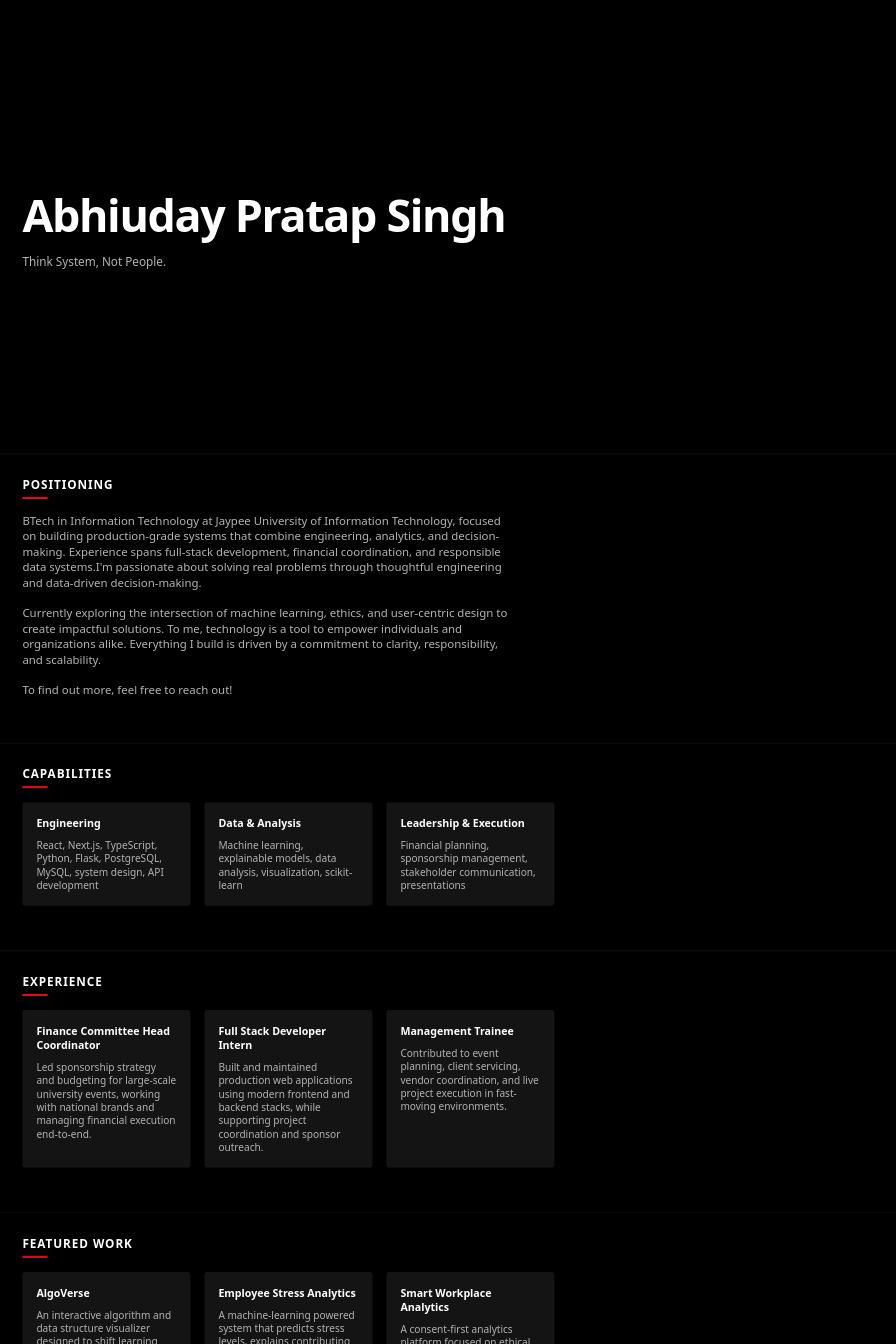
Repository: PratapOP/main-portfolio
Page: / (app in frontend/)
The author's editor kept a copy of each file at every save. The page is drawn from the files as they stood at one save, then again after a run of saves.
The browser window is 1280 px wide. The pictures show the part of the page from y = 0 to 1920 px (the page is 2932 px tall), at 70% of full size.
The project was rebuilt for these pictures with package versions that can differ from the ones it lists, and the page was loaded fresh each time. Also part of the build but not shown: frontend/vite.config.js.

Above is the page before, as saved 2026-01-01 18:54:31.

### frontend/index.html
<!DOCTYPE html>
<html lang="en">
  <head>
    <meta charset="UTF-8" />

    <!-- Viewport for responsive layout -->
    <meta name="viewport" content="width=device-width, initial-scale=1.0" />

    <!--
      Title intentionally minimal and authoritative.
      This is the first identity signal recruiters see.
    -->
    <title>Abhiuday Pratap Singh</title>

    <!--
      Force dark background before React loads
      Prevents white flash and preserves cinematic feel
    -->
    <style>
      html,
      body {
        margin: 0;
        padding: 0;
        background-color: #0b0b0b;
      }
    </style>
  </head>

  <body>
    <!-- React mounts here -->
    <div id="root"></div>

    <!-- React entry point -->
    <script type="module" src="/src/main.jsx"></script>
  </body>
</html>

### frontend/src/App.jsx
import React, { useEffect } from "react";
import "./styles.css";
import {
  HeroSection,
  AboutSection,
  SkillsSection,
  ExperienceSection,
  ProjectsSection,
  TrendingSection,
  WhyHireMeSection,
  ContactSection
} from "./sections";

function App() {
  useEffect(() => {
    document.documentElement.style.scrollBehavior = "smooth";
  }, []);

  return (
    <div className="app-root">
      <HeroSection />
      <AboutSection />
      <SkillsSection />
      <ExperienceSection />
      <ProjectsSection />
      <TrendingSection />
      <WhyHireMeSection />
      <ContactSection />
    </div>
  );
}

export default App;

### frontend/src/styles.css
    /* ============================================================
    GLOBAL RESET & STREAMING COLOR SYSTEM
    ============================================================ */

    * {
    margin: 0;
    padding: 0;
    box-sizing: border-box;
    }

    :root {
    /* Core streaming palette */
    --bg-primary: #000000;
    --bg-card: #141414;

    --text-primary: #ffffff;
    --text-muted: #b3b3b3;

    --accent: #e50914;

    /* Controlled spacing scale (reduced) */
    --xs: 6px;
    --sm: 12px;
    --md: 20px;
    --lg: 32px;
    --xl: 48px;
    --xxl: 80px;
    }

    html,
    body {
    background-color: var(--bg-primary);
    color: var(--text-primary);
    font-family: system-ui, -apple-system, BlinkMacSystemFont,
        "Segoe UI", Roboto, Helvetica, Arial, sans-serif;

    overflow-x: hidden; /* absolutely no horizontal scroll */
    }

    /* ============================================================
    APP ROOT
    ============================================================ */

    .app-root {
    width: 100%;
    overflow-x: hidden;
    }

    /* ============================================================
    HERO (FEATURED BANNER)
    ============================================================ */

    .hero {
    min-height: 90vh;
    display: flex;
    align-items: center;
    }

    .hero-inner {
    padding-left: var(--lg);
    padding-right: var(--lg);
    max-width: 820px;
    }

    .hero-title {
    font-size: clamp(3rem, 5vw, 4.6rem);
    font-weight: 800;
    letter-spacing: -0.03em;
    margin-bottom: var(--sm);
    }

    .hero-subtitle {
    font-size: 1.05rem;
    color: var(--text-muted);
    max-width: 560px;
    }

    /* ============================================================
    SECTION STRUCTURE (FIXED SPACING)
    ============================================================ */

    .section {
    padding: var(--lg) 0;
    }

    .section-inner {
    padding-left: var(--lg);
    padding-right: var(--lg);
    }

    /* Mobile safety — prevent edge sticking */
    @media (max-width: 768px) {
    .section-inner,
    .hero-inner {
        padding-left: var(--md);
        padding-right: var(--md);
    }
    }

    /* ============================================================
    SECTION TITLES (STREAMING STYLE)
    ============================================================ */

    .section-title {
    font-size: 1.05rem;
    font-weight: 600;
    letter-spacing: 0.08em;
    text-transform: uppercase;

    color: var(--text-primary);
    margin-bottom: var(--md);
    position: relative;
    }

    .section-title::after {
    content: "";
    display: block;
    width: 36px;
    height: 3px;
    background-color: var(--accent);
    margin-top: var(--xs);
    }

    /* ============================================================
    TEXT BLOCKS
    ============================================================ */

    .section-text {
    max-width: 700px;
    font-size: 1.02rem;
    color: var(--text-muted);
    margin-bottom: var(--lg);
    }

    /* ============================================================
    STREAMING ROWS (HORIZONTAL)
    ============================================================ */

    .row {
    display: flex;
    gap: var(--md);
    overflow-x: auto;

    padding-left: var(--lg);
    padding-right: var(--lg);
    padding-bottom: var(--lg);

    scroll-snap-type: x mandatory;
    overscroll-behavior-x: contain;
    }

    .row::-webkit-scrollbar {
    display: none;
    }

    /* ============================================================
    CARDS (CONTENT TILES)
    ============================================================ */

    .card {
    background-color: var(--bg-card);
    min-width: 240px;
    max-width: 240px;

    padding: var(--md);
    border-radius: 4px;

    scroll-snap-align: start;

    transition:
        transform 0.25s ease,
        box-shadow 0.25s ease;
    }

    .card h3 {
    font-size: 0.95rem;
    font-weight: 600;
    margin-bottom: var(--sm);
    }

    .card p {
    font-size: 0.9rem;
    color: var(--text-muted);
    }

    /* Hover — sharp, not floaty */
    .card:hover {
    transform: scale(1.06);
    box-shadow: 0 16px 32px rgba(0, 0, 0, 0.7);
    z-index: 2;
    }

    /* ============================================================
    CONTACT SECTION
    ============================================================ */

    .contact {
    padding-top: var(--xl);
    padding-bottom: var(--xxl);
    }

    .contact-form {
    max-width: 520px;
    display: flex;
    flex-direction: column;
    gap: var(--md);
    }

    .contact-form input,
    .contact-form textarea {
    background-color: #000000;
    border: 1px solid #333333;
    color: var(--text-primary);

    padding: var(--sm);
    font-size: 0.95rem;
    }

    .contact-form input:focus,
    .contact-form textarea:focus {
    outline: none;
    border-color: var(--accent);
    }

    .contact-form button {
    margin-top: var(--sm);
    background-color: var(--accent);
    color: #ffffff;

    border: none;
    padding: var(--sm);
    font-size: 0.95rem;
    cursor: pointer;

    transition: opacity 0.2s ease;
    }

    .contact-form button:hover {
    opacity: 0.85;
    }

    /* ============================================================
    FINAL SECTION SEPARATION (SUBTLE)
    ============================================================ */

    .section:not(:first-of-type) {
    border-top: 1px solid rgba(255, 255, 255, 0.08);
    }

### frontend/src/sections.jsx
    /**
     * ============================================================
     * sections.jsx — Sections with Titles & Hierarchy
     * ============================================================
     */

    import React from "react";
    import { motion } from "framer-motion";
    import {
    sectionFade,
    staggerContainer,
    cardFade
    } from "./motion";

    /* ============================================================
    FEATURED
    ============================================================ */

    export function HeroSection() {
    return (
        <motion.section
        className="section hero"
        variants={sectionFade}
        initial="hidden"
        animate="visible"
        >
        <div className="hero-inner">
            <h1 className="hero-title">Abhiuday Pratap Singh</h1>
            <p className="hero-subtitle">
            Think System, Not People.
            <br />
            </p>
        </div>
        </motion.section>
    );
    }

    /* ============================================================
    POSITIONING
    ============================================================ */

    export function AboutSection() {
    return (
        <motion.section
        className="section"
        variants={sectionFade}
        initial="hidden"
        whileInView="visible"
        viewport={{ once: true }}
        >
        <div className="section-inner">
            <h2 className="section-title">Positioning</h2>
            <p className="section-text">
            BTech in Information Technology at Jaypee University
            of Information Technology, focused on building production-grade
            systems that combine engineering, analytics, and decision-making.
            Experience spans full-stack development, financial coordination,
            and responsible data systems.I'm passionate about solving real problems through thoughtful engineering and data-driven decision-making.
            <br/><br/>
            Currently exploring the intersection of machine learning, ethics, and user-centric design to create impactful solutions.
            To me, technology is a tool to empower individuals and organizations alike.
            Everything I build is driven by a commitment to clarity, responsibility, and scalability.
            <br/><br/>
            To find out more, feel free to reach out!
            </p>
        </div>
        </motion.section>
    );
    }

    /* ============================================================
    CAPABILITIES
    ============================================================ */

    export function SkillsSection() {
    const skills = [
        {
        title: "Engineering",
        text:
            "React, Next.js, TypeScript, Python, Flask, PostgreSQL, MySQL, system design, API development"
        },
        {
        title: "Data & Analysis",
        text:
            "Machine learning, explainable models, data analysis, visualization, scikit-learn"
        },
        {
        title: "Leadership & Execution",
        text:
            "Financial planning, sponsorship management, stakeholder communication, presentations"
        }
    ];

    return (
        <motion.section
        className="section"
        variants={sectionFade}
        initial="hidden"
        whileInView="visible"
        viewport={{ once: true }}
        >
        <div className="section-inner">
            <h2 className="section-title">Capabilities</h2>
        </div>

        <motion.div
            className="row"
            variants={staggerContainer}
            initial="hidden"
            whileInView="visible"
            viewport={{ once: true }}
        >
            {skills.map((item, index) => (
            <motion.div className="card" variants={cardFade} key={index}>
                <h3>{item.title}</h3>
                <p>{item.text}</p>
            </motion.div>
            ))}
        </motion.div>
        </motion.section>
    );
    }

    /* ============================================================
    EXPERIENCE
    ============================================================ */

    export function ExperienceSection() {
    const roles = [
        {
        title: "Finance Committee Head Coordinator",
        text:
            "Led sponsorship strategy and budgeting for large-scale university events, working with national brands and managing financial execution end-to-end."
        },
        {
        title: "Full Stack Developer Intern",
        text:
            "Built and maintained production web applications using modern frontend and backend stacks, while supporting project coordination and sponsor outreach."
        },
        {
        title: "Management Trainee",
        text:
            "Contributed to event planning, client servicing, vendor coordination, and live project execution in fast-moving environments."
        }
    ];

    return (
        <motion.section
        className="section"
        variants={sectionFade}
        initial="hidden"
        whileInView="visible"
        viewport={{ once: true }}
        >
        <div className="section-inner">
            <h2 className="section-title">Experience</h2>
        </div>

        <motion.div
            className="row"
            variants={staggerContainer}
            initial="hidden"
            whileInView="visible"
            viewport={{ once: true }}
        >
            {roles.map((item, index) => (
            <motion.div className="card" variants={cardFade} key={index}>
                <h3>{item.title}</h3>
                <p>{item.text}</p>
            </motion.div>
            ))}
        </motion.div>
        </motion.section>
    );
    }

    /* ============================================================
    PROJECTS
    ============================================================ */

    export function ProjectsSection() {
    const projects = [
        {
        title: "AlgoVerse",
        text:
            "An interactive algorithm and data structure visualizer designed to shift learning from memorization to understanding."
        },
        {
        title: "Employee Stress Analytics",
        text:
            "A machine-learning powered system that predicts stress levels, explains contributing factors, and delivers actionable insights."
        },
        {
        title: "Smart Workplace Analytics",
        text:
            "A consent-first analytics platform focused on ethical data usage and explainable insights for workplace wellbeing."
        }
    ];

    return (
        <motion.section
        className="section"
        variants={sectionFade}
        initial="hidden"
        whileInView="visible"
        viewport={{ once: true }}
        >
        <div className="section-inner">
            <h2 className="section-title">Featured Work</h2>
        </div>

        <motion.div
            className="row"
            variants={staggerContainer}
            initial="hidden"
            whileInView="visible"
            viewport={{ once: true }}
        >
            {projects.map((item, index) => (
            <motion.div className="card" variants={cardFade} key={index}>
                <h3>{item.title}</h3>
                <p>{item.text}</p>
            </motion.div>
            ))}
        </motion.div>
        </motion.section>
    );
    }

    /* ============================================================
    CURRENT FOCUS
    ============================================================ */

    export function TrendingSection() {
    return (
        <motion.section
        className="section"
        variants={sectionFade}
        initial="hidden"
        whileInView="visible"
        viewport={{ once: true }}
        >
        <div className="section-inner">
            <h2 className="section-title">Current Focus</h2>
            <p className="section-text">
            Building responsible analytics systems that balance insight with ethics,
            emphasizing explainable machine learning, consent-first data practices,
            and real-world applicability.
            </p>
        </div>
        </motion.section>
    );
    }

    /* ============================================================
    WHY THIS PROFILE
    ============================================================ */

    export function WhyHireMeSection() {
    return (
        <motion.section
        className="section"
        variants={sectionFade}
        initial="hidden"
        whileInView="visible"
        viewport={{ once: true }}
        >
        <div className="section-inner">
            <h2 className="section-title">Why This Profile</h2>
            <p className="section-text">
            I approach systems as products, not demos. My work prioritizes clarity,
            responsibility, and scalability, with the ability to own ideas from
            concept through deployment.
            </p>
        </div>
        </motion.section>
    );
    }

    /* ============================================================
    CONTACT
    ============================================================ */

    export function ContactSection() {
    return (
        <motion.section
        className="section contact"
        variants={sectionFade}
        initial="hidden"
        whileInView="visible"
        viewport={{ once: true }}
        >
        <div className="section-inner">
            <h2 className="section-title">Get in Touch</h2>
            <form className="contact-form">
            <input type="text" placeholder="Name" />
            <input type="email" placeholder="Email" />
            <textarea placeholder="Message" rows="4" />
            <button type="submit">Send</button>
            </form>
        </div>
        </motion.section>
    );
    }

### frontend/src/motion.js
    /**
     * ============================================================
     * motion.js — Centralized Motion Presets
     * ============================================================
     *
     * Responsibilities:
     * - Define reusable animation variants
     * - Keep motion subtle, slow, and cinematic
     * - Avoid per-component animation duplication
     *
     * Framer Motion is used intentionally and sparingly.
     * ============================================================
     */

    /* ============================================================
    Section Fade-In (used when section enters viewport)
    ============================================================ */

    export const sectionFade = {
    hidden: {
        opacity: 0,
        y: 40
    },
    visible: {
        opacity: 1,
        y: 0,
        transition: {
        duration: 0.8,
        ease: [0.22, 1, 0.36, 1] // smooth, cinematic easing
        }
    }
    };

    /* ============================================================
    Card Stagger Container
    ============================================================ */

    export const staggerContainer = {
    hidden: {},
    visible: {
        transition: {
        staggerChildren: 0.12
        }
    }
    };

    /* ============================================================
    Individual Card Animation
    ============================================================ */

    export const cardFade = {
    hidden: {
        opacity: 0,
        y: 20
    },
    visible: {
        opacity: 1,
        y: 0,
        transition: {
        duration: 0.6,
        ease: [0.22, 1, 0.36, 1]
        }
    }
    };

Loaded but not shown: frontend/src/main.jsx (common file)

After the next 3 saves:
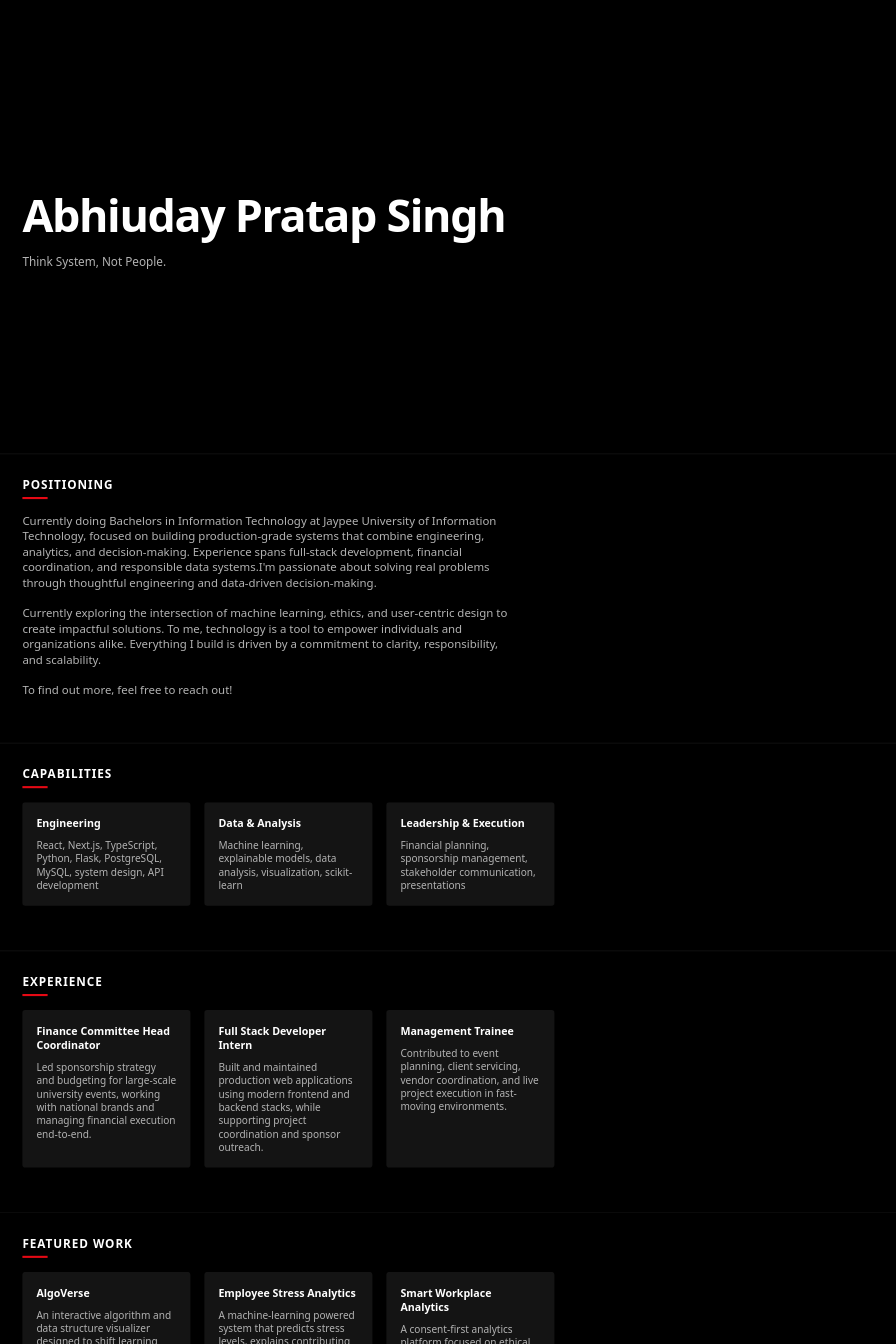
The 3 saves are shown as one change because they came seconds apart.
The last was saved 20 s later.
--- a/frontend/src/sections.jsx
+++ b/frontend/src/sections.jsx
@@ -51,7 +51,7 @@
         <div className="section-inner">
             <h2 className="section-title">Positioning</h2>
             <p className="section-text">
-            BTech in Information Technology at Jaypee University
+            Currently doing Bachelors  in Information Technology at Jaypee University
             of Information Technology, focused on building production-grade
             systems that combine engineering, analytics, and decision-making.
             Experience spans full-stack development, financial coordination,
